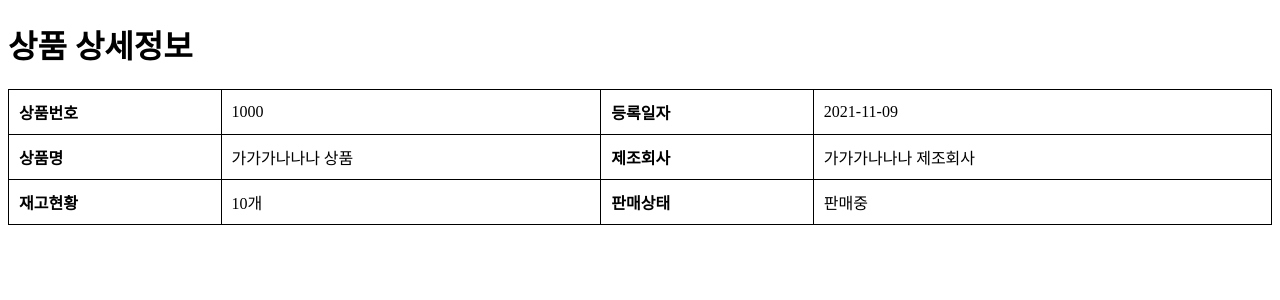
Repository: benpark0613/basic
Page: http://localhost/sample/product/detail.jsp?no=10
These files come from the project's save history. The page is drawn as it stood at one moment and after the next save; the edit follows.
The browser window is 1280 px wide. The pictures show the whole page.
The page is served by Tomcat 9. Other server files are loaded and not shown.

Above is the page before, as saved 2021-11-09 05:10:24.

### HR_app/sample/src/main/webapp/product/detail.jsp
<%@page import="java.util.Date"%>
<%@page import="com.sample.vo.Product"%>
<%@ page language="java" contentType="text/html; charset=UTF-8"
    pageEncoding="UTF-8"%>
<!DOCTYPE html>
<html>
<head>
<meta charset="UTF-8">
<title>상품 상세정보</title>
<style type="text/css">
	table {
		width: 100%;
		border-collapse: collapse;
	}
	th, td {
		border: 1px solid black;
		padding: 10px;
		text-align: Left;
	}
</style>
</head>
<body>
	<h1>상품 상세정보</h1>
<%
	Product product = new Product(1001, "갤럭시z 플립3", "삼성전자", 1500000, 1250000, 10, "판매중", new Date());
%>
	<table>
		<tbody>
			<tr>
				<th>상품번호</th>
				<td>1000</td>
				<th>등록일자</th>
				<td>2021-11-09</td>
			</tr>
			<tr>
				<th>상품명</th>
				<td>가가가나나나 상품</td>
				<th>제조회사</th>
				<td>가가가나나나 제조회사</td>
			</tr>
			<tr>
				<th>재고현황</th>
				<td>10개</td>
				<th>판매상태</th>
				<td>판매중</td>
			</tr>
		</tbody>
	</table>
</body>
</html>

### HR_app/sample/src/main/java/com/sample/vo/Product.java
package com.sample.vo;

import java.util.Date;

public class Product {

	private int no;
	private String name;
	private String maker;
	private int price;
	private int discountPrice;
	private int stock;
	private String onSale;
	private Date createdDate;

	public Product() {}

	public Product(int no, String name, String maker, int price, int discountPrice, int stock, String onSale,
			Date createdDate) {
		super();
		this.no = no;
		this.name = name;
		this.maker = maker;
		this.price = price;
		this.discountPrice = discountPrice;
		this.stock = stock;
		this.onSale = onSale;
		this.createdDate = createdDate;
	}

	public int getNo() {
		return no;
	}

	public void setNo(int no) {
		this.no = no;
	}

	public String getName() {
		return name;
	}

	public void setName(String name) {
		this.name = name;
	}

	public String getMaker() {
		return maker;
	}

	public void setMaker(String maker) {
		this.maker = maker;
	}

	public int getPrice() {
		return price;
	}

	public void setPrice(int price) {
		this.price = price;
	}

	public int getDiscountPrice() {
		return discountPrice;
	}

	public void setDiscountPrice(int discountPrice) {
		this.discountPrice = discountPrice;
	}

	public int getStock() {
		return stock;
	}

	public void setStock(int stock) {
		this.stock = stock;
	}

	public String getOnSale() {
		return onSale;
	}

	public void setOnSale(String onSale) {
		this.onSale = onSale;
	}

	public Date getCreatedDate() {
		return createdDate;
	}

	public void setCreatedDate(Date createdDate) {
		this.createdDate = createdDate;
	}


}

After the next save:
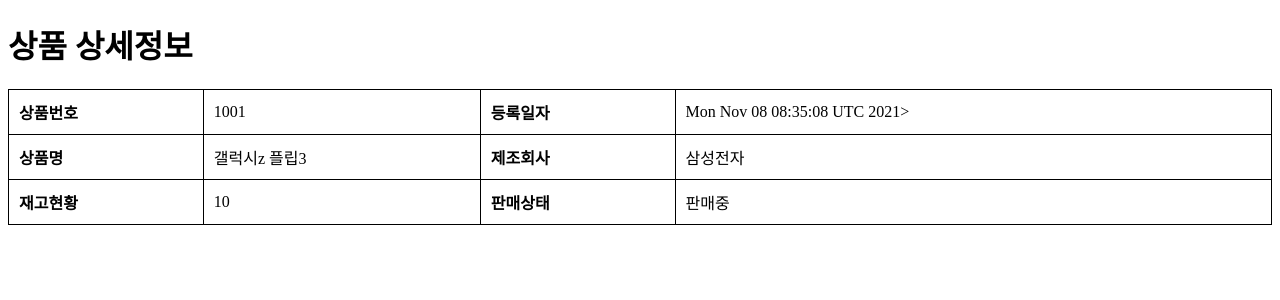
Saved 2 min 10 s later.
--- a/HR_app/sample/src/main/webapp/product/detail.jsp
+++ b/HR_app/sample/src/main/webapp/product/detail.jsp
@@ -28,21 +28,21 @@
 		<tbody>
 			<tr>
 				<th>상품번호</th>
-				<td>1000</td>
+				<td><%=product.getNo() %></td>
 				<th>등록일자</th>
-				<td>2021-11-09</td>
+				<td><%=product.getCreatedDate() %>></td>
 			</tr>
 			<tr>
 				<th>상품명</th>
-				<td>가가가나나나 상품</td>
+				<td><%=product.getName() %></td>
 				<th>제조회사</th>
-				<td>가가가나나나 제조회사</td>
+				<td><%=product.getMaker() %></td>
 			</tr>
 			<tr>
 				<th>재고현황</th>
-				<td>10개</td>
+				<td><%=product.getStock() %></td>
 				<th>판매상태</th>
-				<td>판매중</td>
+				<td><%=product.getOnSale() %></td>
 			</tr>
 		</tbody>
 	</table>
